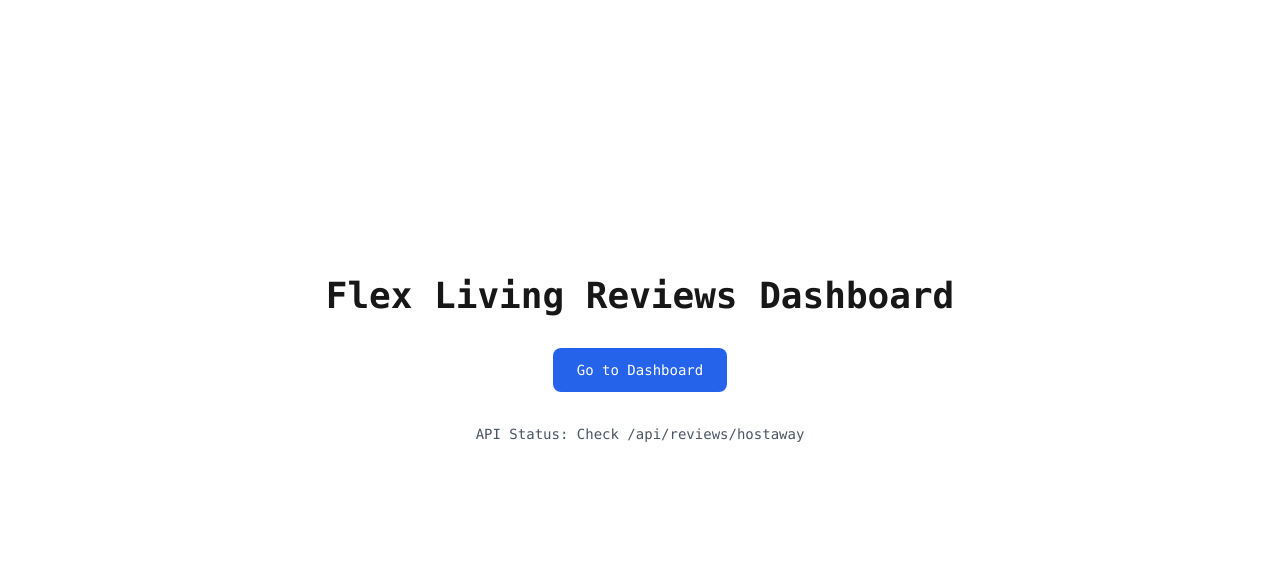
Repository: wju99/theflex
Page: /
The author's editor kept a copy of each file at every save. The page is drawn from the files as they stood at one save, then again after the next save.
The browser window is 1280 px wide. The pictures show the whole page.
The project was rebuilt for these pictures with package versions that can differ from the ones it lists, and the page was loaded fresh each time. The framework's server and built-in components were replaced by stand-ins that run in the browser. Also part of the build but not shown: next.config.js.

Above is the page before, as saved 2025-11-16 12:34:02.

### app/layout.tsx
import type { Metadata } from "next";
import { Inter } from "next/font/google";
import "./globals.css";
import { Providers } from "./providers";

const inter = Inter({ subsets: ["latin"] });

export const metadata: Metadata = {
  title: "Flex Living - Reviews Dashboard",
  description: "Manager dashboard for reviewing and managing guest reviews",
};

export default function RootLayout({
  children,
}: Readonly<{
  children: React.ReactNode;
}>) {
  return (
    <html lang="en">
      <body className={inter.className}>
        <Providers>{children}</Providers>
      </body>
    </html>
  );
}

### app/page.tsx
import Link from "next/link";

export default function Home() {
  return (
    <main className="flex min-h-screen flex-col items-center justify-center p-24">
      <div className="z-10 max-w-5xl w-full items-center justify-between font-mono text-sm">
        <h1 className="text-4xl font-bold mb-8 text-center">
          Flex Living Reviews Dashboard
        </h1>
        <div className="flex flex-col items-center gap-4">
          <Link
            href="/dashboard"
            className="px-6 py-3 bg-blue-600 text-white rounded-lg hover:bg-blue-700 transition-colors"
          >
            Go to Dashboard
          </Link>
          <p className="text-gray-600 mt-4">
            API Status: Check /api/reviews/hostaway
          </p>
        </div>
      </div>
    </main>
  );
}

### app/globals.css
@tailwind base;
@tailwind components;
@tailwind utilities;

:root {
  --background: #ffffff;
  --foreground: #171717;
  --flex-green: #1a4d3a;
  --flex-green-light: #2d6b4f;
  --flex-beige: #f5f1eb;
  --flex-white: #ffffff;
}

body {
  color: var(--foreground);
  background: var(--background);
  font-family: -apple-system, BlinkMacSystemFont, 'Segoe UI', 'Roboto', 'Oxygen', 'Ubuntu', 'Cantarell', 'Fira Sans', 'Droid Sans', 'Helvetica Neue', sans-serif;
}

@layer utilities {
  .text-balance {
    text-wrap: balance;
  }
}

### app/providers.tsx
"use client";

import { QueryClient, QueryClientProvider } from "@tanstack/react-query";
import { useState } from "react";

export function Providers({ children }: { children: React.ReactNode }) {
  const [queryClient] = useState(
    () =>
      new QueryClient({
        defaultOptions: {
          queries: {
            staleTime: 60 * 1000, // 1 minute
            refetchOnWindowFocus: false,
          },
        },
      })
  );

  return (
    <QueryClientProvider client={queryClient}>{children}</QueryClientProvider>
  );
}

### tailwind.config.ts
import type { Config } from "tailwindcss";

const config: Config = {
  content: [
    "./pages/**/*.{js,ts,jsx,tsx,mdx}",
    "./components/**/*.{js,ts,jsx,tsx,mdx}",
    "./app/**/*.{js,ts,jsx,tsx,mdx}",
  ],
  theme: {
    extend: {
      colors: {
        background: "var(--background)",
        foreground: "var(--foreground)",
        "flex-green": "#1a4d3a",
        "flex-green-light": "#2d6b4f",
        "flex-beige": "#f5f1eb",
      },
    },
  },
  plugins: [],
};
export default config;

### components/DashboardHeader.tsx
import Link from "next/link";

export function DashboardHeader() {
  return (
    <header className="bg-[#1a4d3a] text-white shadow-lg">
      <div className="max-w-7xl mx-auto px-6 py-4">
        <div className="flex items-center justify-between">
          <Link href="/" className="flex items-center gap-2">
            <div className="w-8 h-8 bg-white rounded flex items-center justify-center">
              <svg
                className="w-5 h-5 text-[#1a4d3a]"
                fill="none"
                stroke="currentColor"
                viewBox="0 0 24 24"
              >
                <path
                  strokeLinecap="round"
                  strokeLinejoin="round"
                  strokeWidth={2}
                  d="M3 12l2-2m0 0l7-7 7 7M5 10v10a1 1 0 001 1h3m10-11l2 2m-2-2v10a1 1 0 01-1 1h-3m-6 0a1 1 0 001-1v-4a1 1 0 011-1h2a1 1 0 011 1v4a1 1 0 001 1m-6 0h6"
                />
              </svg>
            </div>
            <span className="text-xl font-semibold">the flex.</span>
          </Link>
          <nav className="flex items-center gap-6">
            <Link
              href="/dashboard"
              className="hover:text-gray-200 transition-colors font-medium"
            >
              Dashboard
            </Link>
          </nav>
        </div>
      </div>
    </header>
  );
}

After the next save:
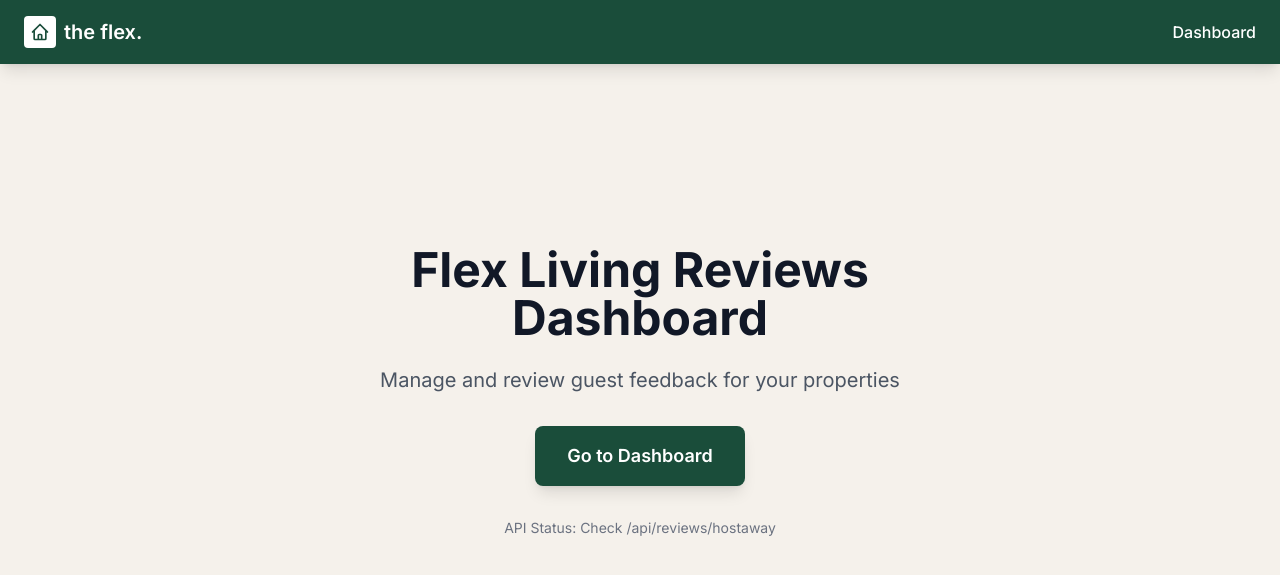
Saved 3 s later.
--- a/app/page.tsx
+++ b/app/page.tsx
@@ -1,24 +1,31 @@
 import Link from "next/link";
+import { DashboardHeader } from "@/components/DashboardHeader";
 
 export default function Home() {
   return (
-    <main className="flex min-h-screen flex-col items-center justify-center p-24">
-      <div className="z-10 max-w-5xl w-full items-center justify-between font-mono text-sm">
-        <h1 className="text-4xl font-bold mb-8 text-center">
-          Flex Living Reviews Dashboard
-        </h1>
-        <div className="flex flex-col items-center gap-4">
-          <Link
-            href="/dashboard"
-            className="px-6 py-3 bg-blue-600 text-white rounded-lg hover:bg-blue-700 transition-colors"
-          >
-            Go to Dashboard
-          </Link>
-          <p className="text-gray-600 mt-4">
-            API Status: Check /api/reviews/hostaway
+    <div className="min-h-screen flex flex-col bg-[#f5f1eb]">
+      <DashboardHeader />
+      <main className="flex-1 flex items-center justify-center p-8">
+        <div className="max-w-2xl w-full text-center">
+          <h1 className="text-5xl font-bold mb-6 text-gray-900">
+            Flex Living Reviews Dashboard
+          </h1>
+          <p className="text-xl text-gray-600 mb-8">
+            Manage and review guest feedback for your properties
           </p>
+          <div className="flex flex-col items-center gap-4">
+            <Link
+              href="/dashboard"
+              className="px-8 py-4 bg-[#1a4d3a] text-white rounded-lg hover:bg-[#2d6b4f] transition-colors font-semibold text-lg shadow-lg"
+            >
+              Go to Dashboard
+            </Link>
+            <p className="text-gray-500 mt-4 text-sm">
+              API Status: Check /api/reviews/hostaway
+            </p>
+          </div>
         </div>
-      </div>
-    </main>
+      </main>
+    </div>
   );
 }
